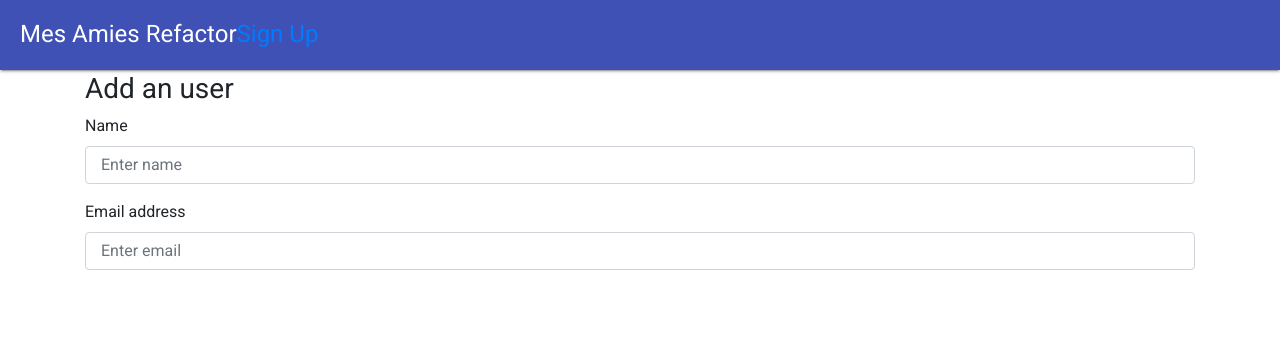
Repository: Symfomany/react-part2
Page: /signup
An editor plug-in stored every save of this project. The page is shown before and after the next save, followed by the edit.
The browser window is 1280 px wide. The pictures show the whole page.
The project was rebuilt for these pictures with package versions that can differ from the ones it lists, and the page was loaded fresh each time. Also part of the build but not shown: src/Formulaire.js, src/Item.css, src/Item.js, src/Liste.js, src/Loader.css, src/Loader.js, src/Main.js.

Above is the page before, as saved 2018-05-22 07:29:30.

### public/index.html
<!DOCTYPE html>
<html lang="en">

<head>
  <meta charset="utf-8">
  <meta name="viewport" content="width=device-width, initial-scale=1, shrink-to-fit=no">
  <meta name="theme-color" content="#000000">
  <!--
      manifest.json provides metadata used when your web app is added to the
      homescreen on Android. See https://developers.google.com/web/fundamentals/engage-and-retain/web-app-manifest/
    -->
  <link href="%PUBLIC_URL%/manifest.json" rel="manifest">
  <link href="%PUBLIC_URL%/favicon.ico" rel="shortcut icon">
  <!--
      Notice the use of %PUBLIC_URL% in the tags above.
      It will be replaced with the URL of the `public` folder during the build.
      Only files inside the `public` folder can be referenced from the HTML.

      Unlike "/favicon.ico" or "favicon.ico", "%PUBLIC_URL%/favicon.ico" will
      work correctly both with client-side routing and a non-root public URL.
      Learn how to configure a non-root public URL by running `npm run build`.
    -->
  <title>React App</title>
  <link href="https://stackpath.bootstrapcdn.com/bootstrap/4.1.1/css/bootstrap.min.css" rel="stylesheet">
  <link href="https://fonts.googleapis.com/icon?family=Material+Icons" rel="stylesheet">
  <link href="https://fonts.googleapis.com/css?family=Roboto" rel="stylesheet">

</head>

<body>
  <noscript>
    You need to enable JavaScript to run this app.
  </noscript>
  <div id="root"></div>
  <!--
      This HTML file is a template.
      If you open it directly in the browser, you will see an empty page.

      You can add webfonts, meta tags, or analytics to this file.
      The build step will place the bundled scripts into the <body> tag.

      To begin the development, run `npm start` or `yarn start`.
      To create a production bundle, use `npm run build` or `yarn build`.
    -->
</body>

</html>

### src/index.js
import React from "react";
import ReactDOM from "react-dom";
import "./index.css";
import Layout from "./Layout";
import registerServiceWorker from "./registerServiceWorker";

if (module.hot) {
  module.hot.accept();
}

ReactDOM.render(<Layout />, document.getElementById("root"));
registerServiceWorker();

### src/Layout.js
import React, { Component } from "react";
import Main from "./Main";
import Signup from "./Signup";
import { BrowserRouter, Route, Switch } from "react-router-dom";

class Layout extends Component {
  render() {
    return (
      <BrowserRouter>
        <Switch>
          <Route exact path="/" component={Main} />
          <Route path="/signup" component={Signup} />
        </Switch>
      </BrowserRouter>
    );
  }
}

export default Layout;

### src/Signup.js
import React, { Component } from "react";
import Heading from "./Heading";

class Signup extends Component {
  constructor(props) {
    super(props);
    this.state = {};
  }
  render() {
    return (
      <div>
        <Heading />
        <br />
        <br />
        <br />
        <form class="container">
          <h3>Add an user</h3>
          <div className="form-group">
            <label for="name">Name</label>
            <input
              type="text"
              className="form-control"
              id="name"
              aria-describedby="name"
              placeholder="Enter name"
            />
          </div>

          <div className="form-group">
            <label for="exampleInputEmail1">Email address</label>
            <input
              type="email"
              className="form-control"
              id="exampleInputEmail1"
              aria-describedby="emailHelp"
              placeholder="Enter email"
            />
          </div>
        </form>
      </div>
    );
  }
}

export default Signup;

### src/Heading.js
import React, { Component } from "react";
import "./Heading.css";
import { NavLink } from "react-router-dom";

class Heading extends Component {
  render() {
    return (
      <header>
        <h3 className="title">
          Mes Amies Refactor
          {this.props.nb > 0 && (
            <span className="badge">{this.props.nb} amis</span>
          )}
          <NavLink to="/signup">Sign Up</NavLink>
        </h3>
      </header>
    );
  }
}

export default Heading;

### src/Formulaire.css
input.form-control {
    -webkit-transition: all 0.3s ease-in-out;
    -moz-transition: all 0.3s ease-in-out;
    -ms-transition: all 0.3s ease-in-out;
    -o-transition: all 0.3s ease-in-out;
    outline: none;
    padding: 15px;
}

input.active {
    color: grey;
}

input.inactive:focus {
    color: orange;
}

form#friendsForm {
    margin-top: 20px;
    position: fixed;
    width: 100%;
    height: 245px;
    bottom: 0px;
    left: 0;
    background: white;
    padding-top: 15px;
    padding-left: 5%;
    padding-right: 5%;
    border-top: 1px solid #eee;
}

button.btn {
    padding: 15px;
    width: 200px;
    margin: 0 auto;
    width: 60%;
    margin-left: 20%;
}

### src/Liste.css
ul#liste {
  margin-top: 90px;
  overflow: auto;
  height: 624px;
}

h3.title {
  text-align: left;
  margin-top: 20px;
  margin-left: 20px;
  font-size: 1.5rem;
}

### src/Heading.css
header {
  width: 100%;
  background-color: rgb(63, 81, 181);
  position: absolute;
  left: 0;
  top: 0;
  height: 70px;
  color: white;
  box-shadow: 0 2px 2px 0 rgba(0, 0, 0, 0.14), 0 3px 1px -2px rgba(0, 0, 0, 0.2),
    0 1px 5px 0 rgba(0, 0, 0, 0.12);
}
.badge {
  float: right;
  padding-right: 30px;
}

Loaded but not shown: src/index.css (common file); src/registerServiceWorker.js (common file)

After the next save:
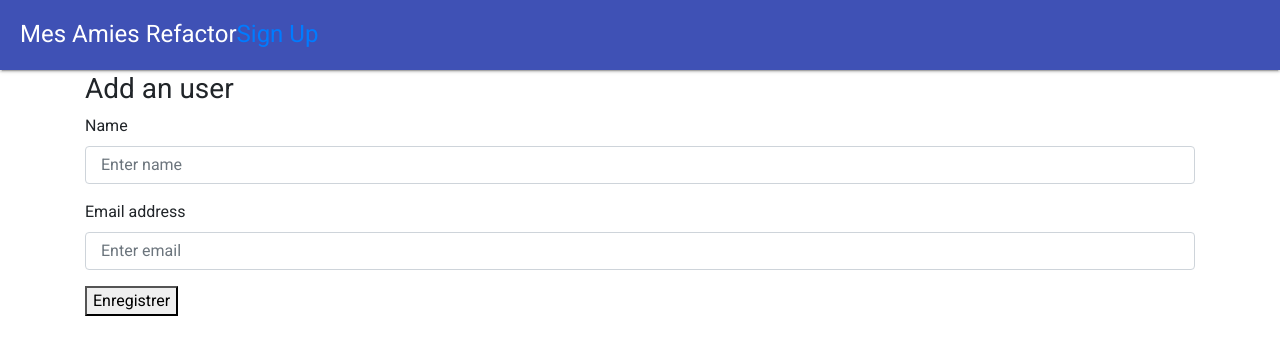
Saved 19 s later.
--- a/src/Signup.js
+++ b/src/Signup.js
@@ -36,6 +36,8 @@ class Signup extends Component {
               placeholder="Enter email"
             />
           </div>
+
+          <button type="submit">Enregistrer</button>
         </form>
       </div>
     );
